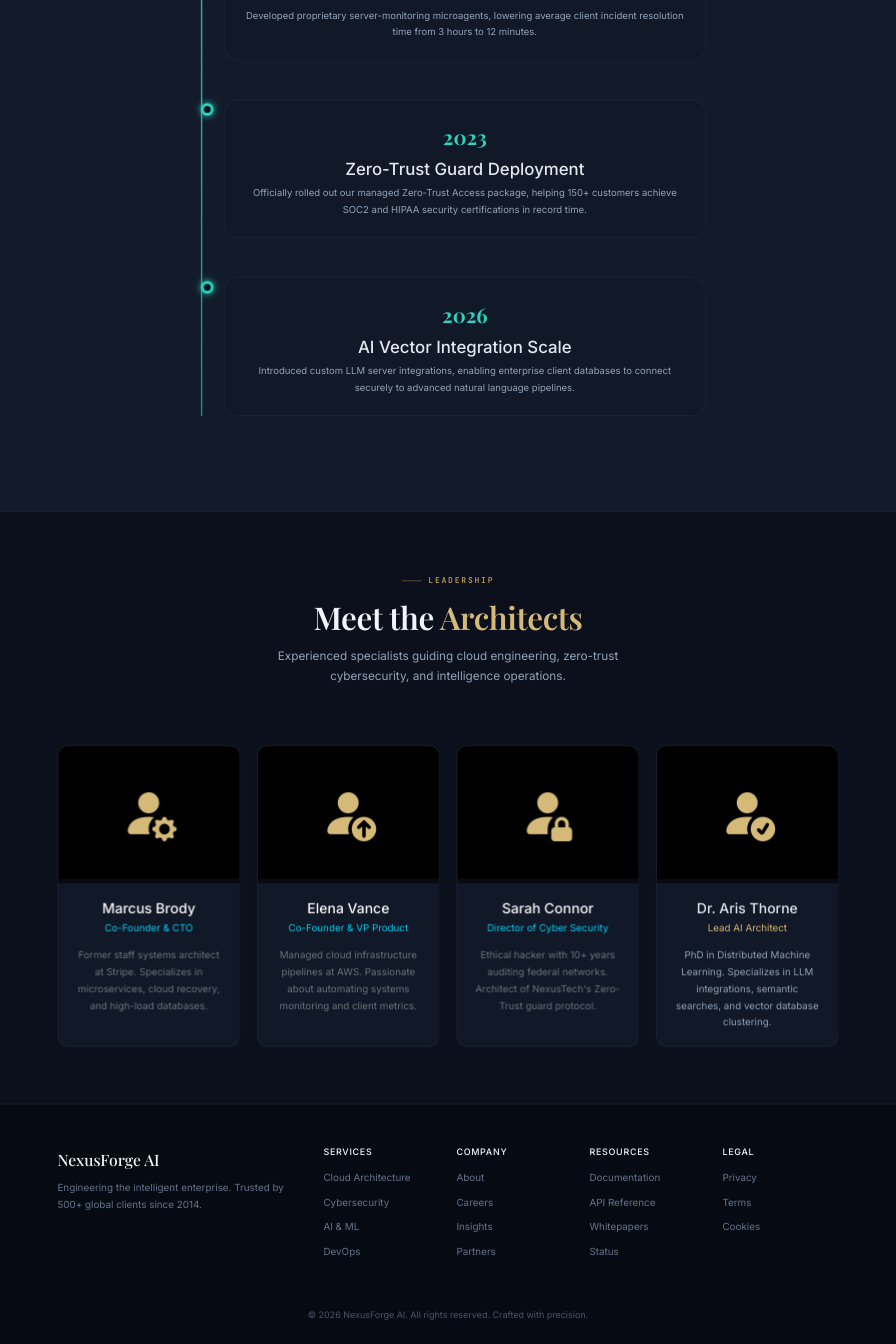
Repository: ruzni-dev/project-showcase
Page: pages/52-IT-Solutions-Website/pages/about.html
These files come from the project's save history. The page is drawn as it stood at one moment and after the next save; the edit follows.
The browser window is 1280 px wide. The pictures show the part of the page from y = 1405 to 3325 px (the page is 3325 px tall), at 70% of full size.
Some web fonts or font styles are not loaded; a fallback is used.

Above is the page before, as saved 2026-05-24 23:26:55.

After the next save:
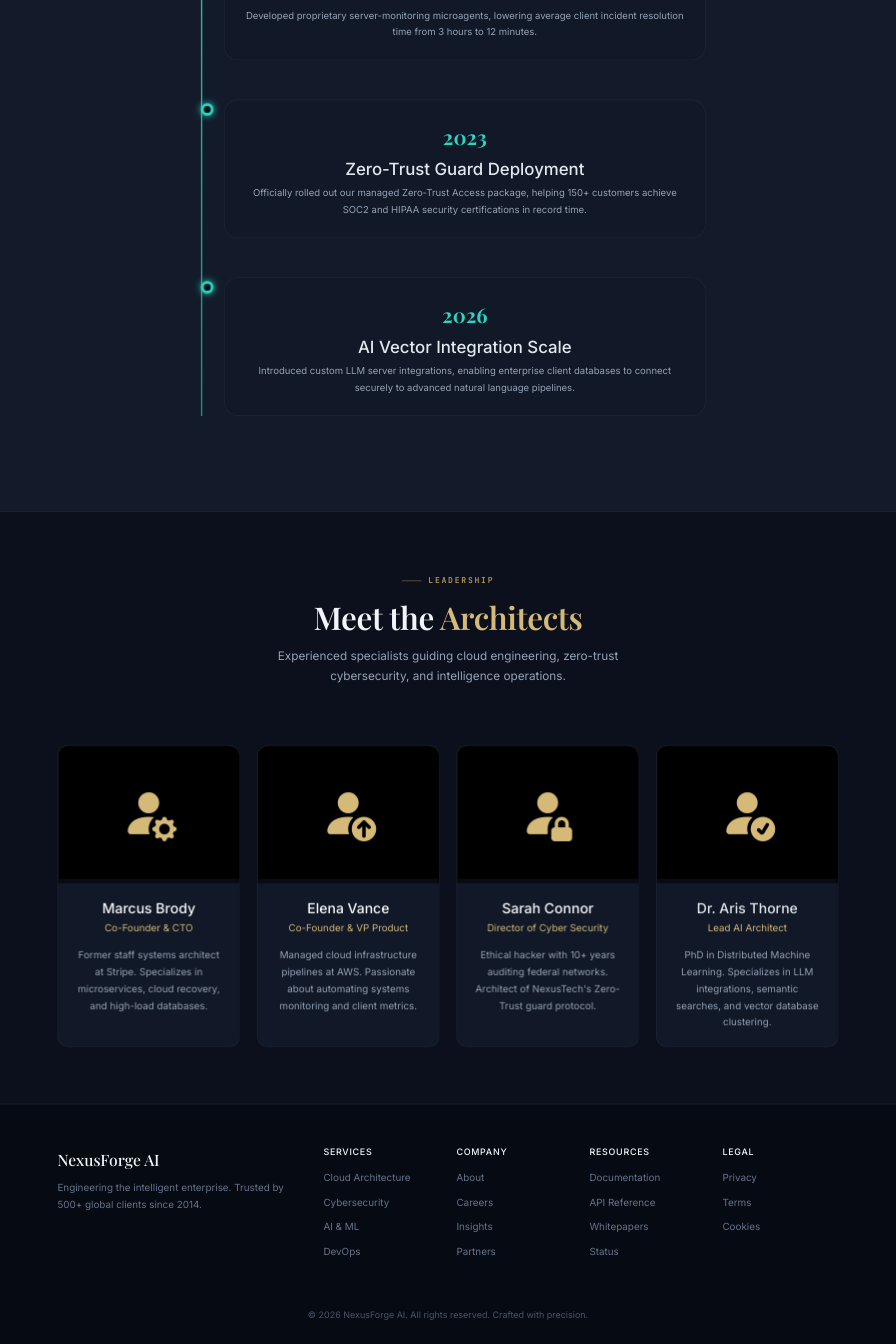
Saved 56 s later.
--- a/pages/52-IT-Solutions-Website/pages/about.html
+++ b/pages/52-IT-Solutions-Website/pages/about.html
@@ -178,12 +178,11 @@
                         </div>
                         <div class="p-4 text-center">
                             <h5 class="mb-1 text-light">Marcus Brody</h5>
-                            <p class="text-info small mb-3">Co-Founder & CTO</p>
-                            <p class="text-secondary small mb-0">Former staff systems architect at Stripe. Specializes in microservices, cloud recovery, and high-load databases.</p>
-                        </div>
-                    </div>
-                </div>
-
+                            <p class="gold-text small mb-3">Co-Founder & CTO</p>
+                            <p class="text-slate-400 small mb-0">Former staff systems architect at Stripe. Specializes in microservices, cloud recovery, and high-load databases.</p>
+                        </div>
+                    </div>
+                </div>
                 <!-- Member 2 -->
                 <div class="col-xl-3 col-md-6" data-aos="zoom-in" data-aos-delay="0">
                     <div class="team-card h-100">
@@ -198,12 +197,11 @@
                         </div>
                         <div class="p-4 text-center">
                             <h5 class="mb-1 text-light">Elena Vance</h5>
-                            <p class="text-info small mb-3">Co-Founder & VP Product</p>
-                            <p class="text-secondary small mb-0">Managed cloud infrastructure pipelines at AWS. Passionate about automating systems monitoring and client metrics.</p>
-                        </div>
-                    </div>
-                </div>
-
+                            <p class="gold-text small mb-3">Co-Founder & VP Product</p>
+                            <p class="text-slate-400 small mb-0">Managed cloud infrastructure pipelines at AWS. Passionate about automating systems monitoring and client metrics.</p>
+                        </div>
+                    </div>
+                </div>
                 <!-- Member 3 -->
                 <div class="col-xl-3 col-md-6">
                     <div class="team-card h-100">
@@ -218,12 +216,11 @@
                         </div>
                         <div class="p-4 text-center">
                             <h5 class="mb-1 text-light">Sarah Connor</h5>
-                            <p class="text-info small mb-3">Director of Cyber Security</p>
-                            <p class="text-secondary small mb-0">Ethical hacker with 10+ years auditing federal networks. Architect of NexusTech's Zero-Trust guard protocol.</p>
-                        </div>
-                    </div>
-                </div>
-
+                            <p class="gold-text small mb-3">Director of Cyber Security</p>
+                            <p class="text-slate-400 small mb-0">Ethical hacker with 10+ years auditing federal networks. Architect of NexusTech's Zero-Trust guard protocol.</p>
+                        </div>
+                    </div>
+                </div>
                 <!-- Member 4 -->
                 <div class="col-xl-3 col-md-6">
                     <div class="team-card h-100">
@@ -243,7 +240,6 @@
                         </div>
                     </div>
                 </div>
-
             </div>
         </div>
     </section>
